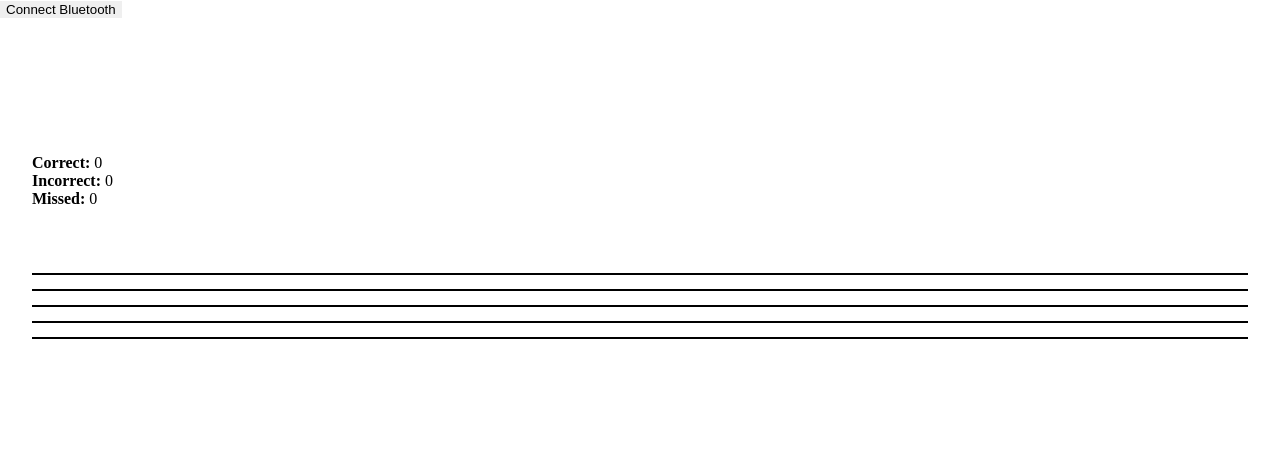
Repository: jdsuplito/pianomiditest-fork
Page: index.html
These files come from the project's save history. The page is drawn as it stood at one moment and after the next save; the edit follows.
The browser window is 1280 px wide. The pictures show the whole page.
Some web fonts or font styles are not loaded; a fallback is used.

Above is the page before, as saved 2024-09-10 09:52:51.

After the next save:
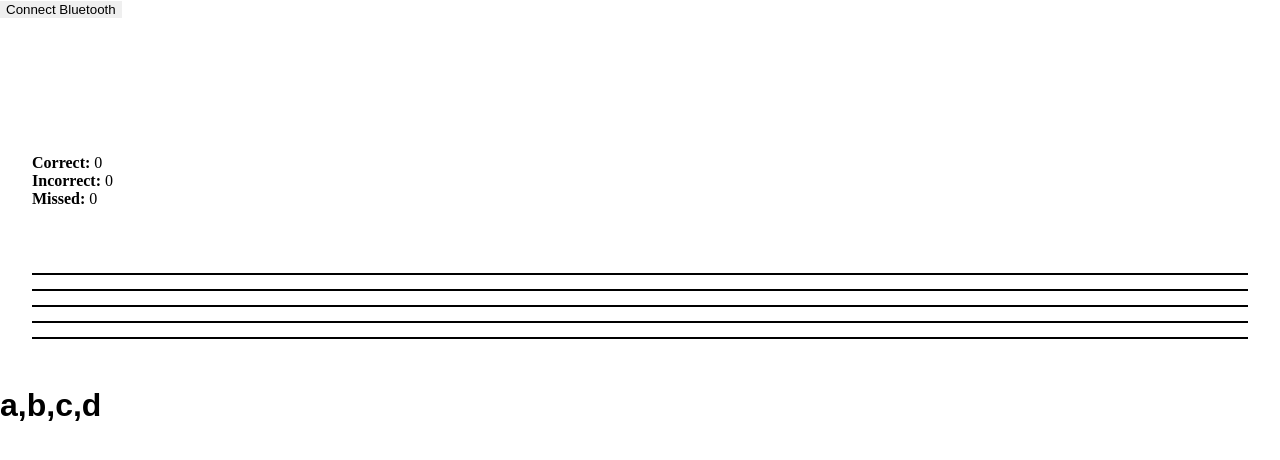
Saved 49 s later.
--- a/index.html
+++ b/index.html
@@ -26,9 +26,9 @@
 		<div class="treble-line ln-4"></div>
 		<div class="treble-line ln-5"></div>
 	</div>
-	<div class="notes-fonts">
-
-	</div>
+	<h1 class="notes-fonts">
+		a,b,c,d
+	</h1>
 
 	<script src="script.js"></script>
 </body>
